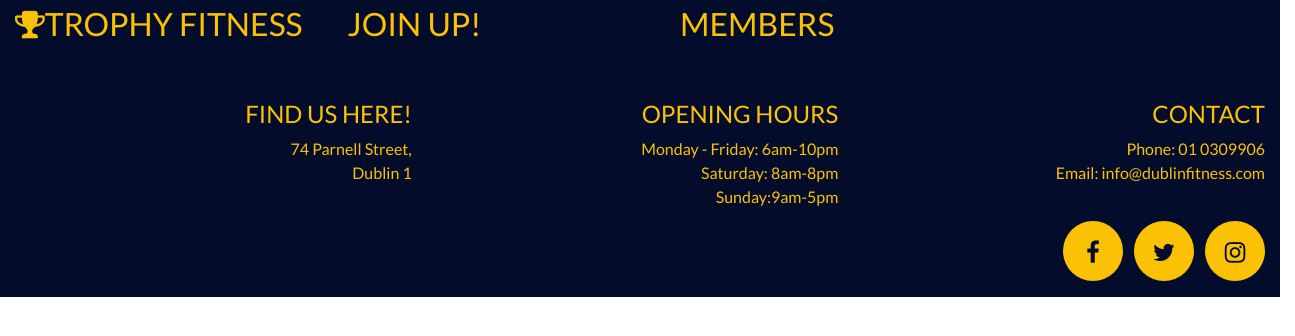
Repository: Code-Institute-Submissions/conbonbom-Milestone-project-1
Page: index.html
The author's editor kept a record of every edit. The page is drawn from the files as they stood at one moment, then again after the next edit.
The browser window is 1280 px wide. The page is 1295 px wide, so the pictures cover 1295 px, including what lies to the right of the window. The pictures show the whole page.

Above is the page before.

After the next edit:
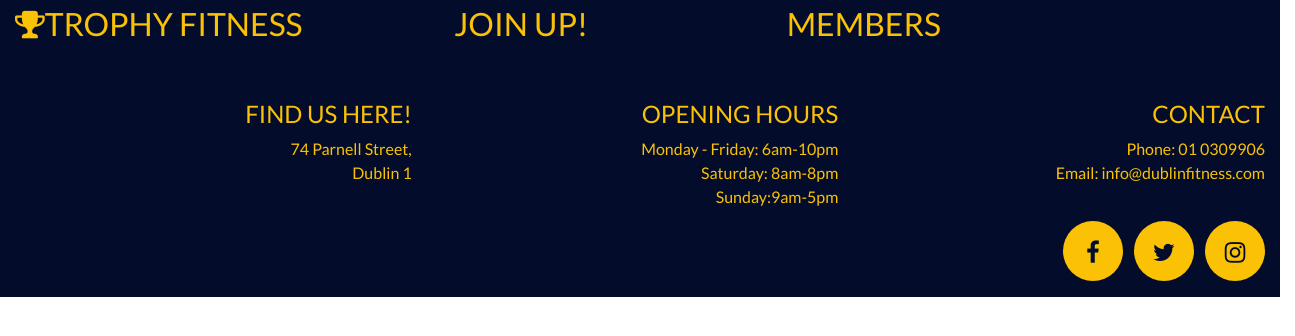
The edit:
--- a/index.html
+++ b/index.html
@@ -16,7 +16,7 @@
         <div class="row ">
             <div class="col">
                 <ul class="list-inline uppercase">
-                    <li class="col-8 col-sm-3 list-inline-item nav-item">
+                    <li class="col-8 col-sm-4 list-inline-item nav-item">
                         <a href="#"><i class="fa fa-trophy"></i>Trophy Fitness
                      </a>
                     </li>
